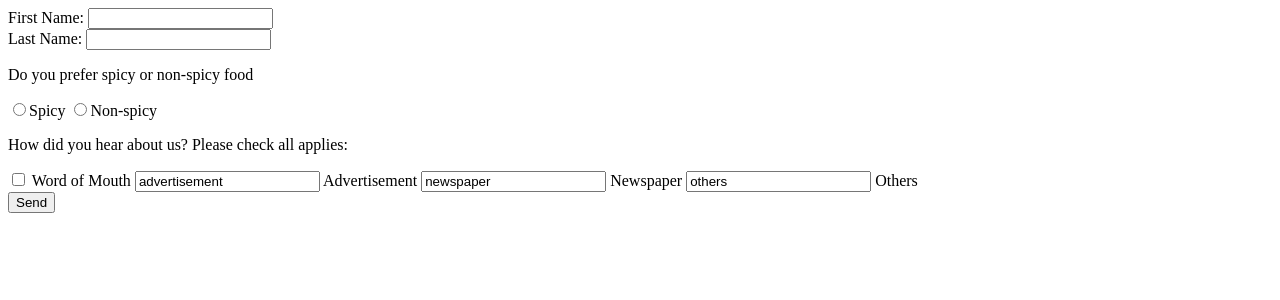
Repository: kunxin-chor/python-flask-form-processing
Page: templates/survey.template.html
The author's editor kept a record of every edit. The page is drawn from the files as they stood at one moment, then again after the next edit.
The browser window is 1280 px wide. The pictures show the whole page.
The page is served by the project's application, run on Flask 3 (run.py). The template is opened directly, without the code that normally fills it, so the values that code supplies are empty.

Above is the page before.

### templates/survey.template.html
<!DOCTYPE html>
<html lang="en">
<head>
    <meta charset="UTF-8">
    <meta name="viewport" content="width=device-width, initial-scale=1.0">
    <meta http-equiv="X-UA-Compatible" content="ie=edge">
    <title>Document</title>
</head>
<body>
    <form method="POST">
        <div>
            <label>First Name:</label>
            <input type='text' name='first-name'/>
        </div>
        <div>
            <label>Last Name:</label>
            <input type='text' name='last-name'/>
        </div>
        <div>
            <p>Do you prefer spicy or non-spicy food</p>
            <input type='radio' name='prefer-spicy' value='spicy'/><label>Spicy</label>
            <input type='radio' name='prefer-spicy' value='non-spicy'/><label>Non-spicy</label>
        </div>
        <div>
            <p>How did you hear about us? Please check all applies:</p>
            <input type='checkbox' name='heard-about' value='word-of-mouth'>
            <label>Word of Mouth</label>

            <input type='check' name='heard-about' value='advertisement'>
            <label>Advertisement</label>

            <input type='check' name='heard-about' value='newspaper'>
            <label>Newspaper</label>

            <input type='check' name='heard-about' value='others'>
            <label>Others</label>

        </div>
        <input type='submit' value='Send'/>
    </form>
</body>
</html>

### run.py
# From the flask module, import an object named Flask
from flask import Flask, render_template, request

# adding in functionality to access the operating system
import os

app = Flask(__name__)

@app.route('/hello')
def foobar():
    return render_template("hello.html")

@app.route('/greet_the_person', methods=['POST'])
def process_form():
    print(request.form)
    n = request.form.get('person_name')
    age = request.form.get('age')
    return "Hi, {}, welcome to the website!".format(n)


# @app.route('/hello', methods=['GET', 'POST'])
# def foobar():
#     if request.method == 'GET':
#         return render_template("hello.html")
#     elif request.method == 'POST':
#         print(request.form)
#         n = request.form.get('person_name')
#         age = request.form.get('age')
#         return "Hi, {}, welcome to the website".format(n)

# "magic code" -- boilerplate
if __name__ == '__main__':
    app.run(host=os.environ.get('IP'),
            port=int(os.environ.get('PORT')),
            debug=True)

After the next edit:
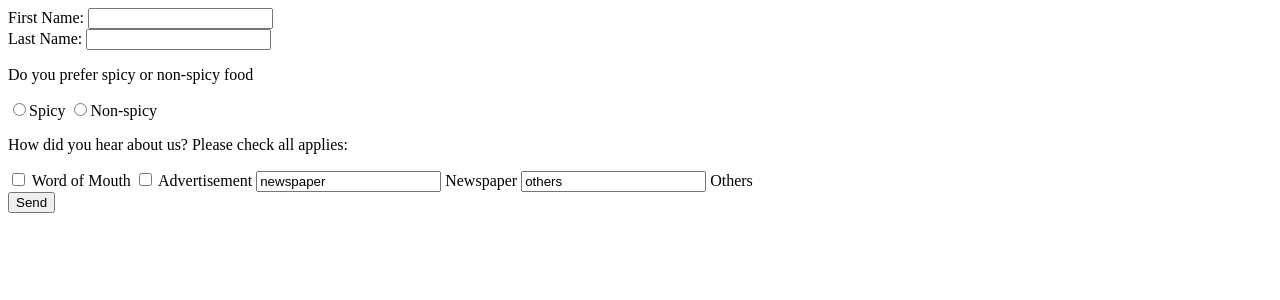
The edit:
--- a/templates/survey.template.html
+++ b/templates/survey.template.html
@@ -26,7 +26,7 @@
             <input type='checkbox' name='heard-about' value='word-of-mouth'>
             <label>Word of Mouth</label>
 
-            <input type='check' name='heard-about' value='advertisement'>
+            <input type='checkbox' name='heard-about' value='advertisement'>
             <label>Advertisement</label>
 
             <input type='check' name='heard-about' value='newspaper'>
